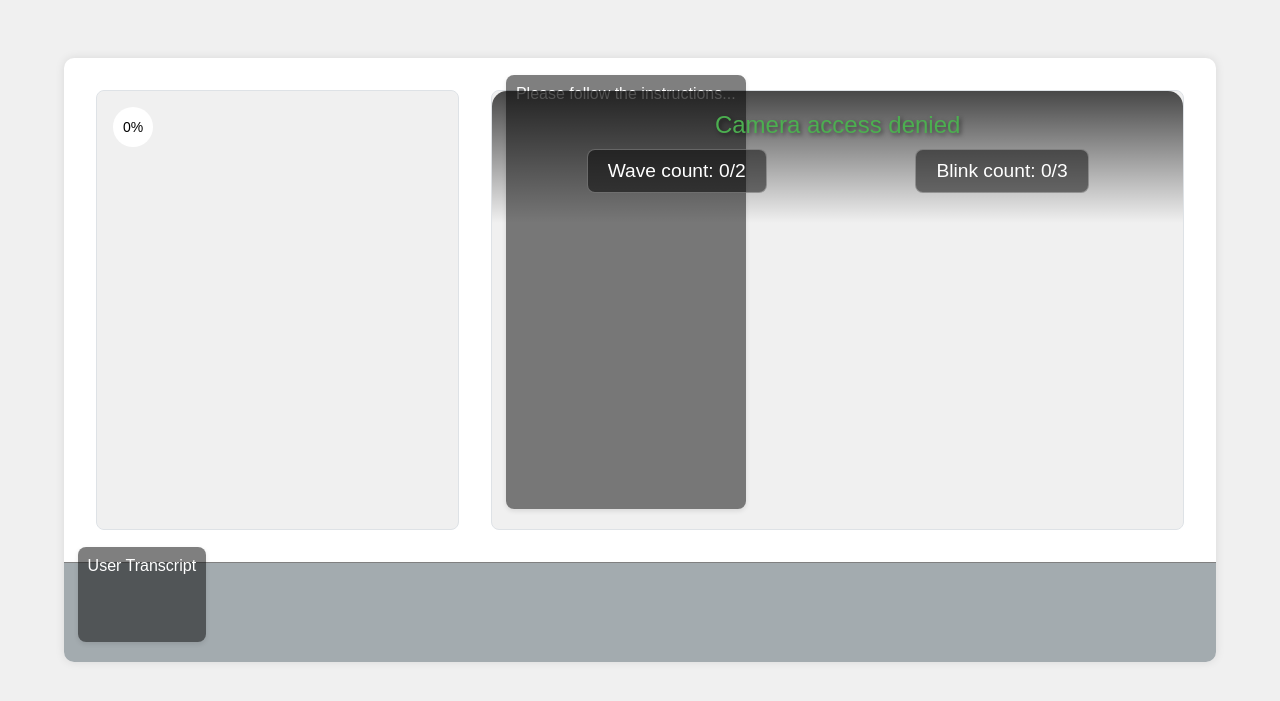
Repository: Ayaanns/E-kyc-BE-project
Page: http://localhost/
An editor plug-in stored every save of this project. The page is shown before and after the next save, followed by the edit.
The browser window is 1280 px wide. The pictures show the whole page.
The page is served by the project's application, run on Django 4.2 (manage.py). A made-up administrator, testuser (Test User, test@example.com), is signed in. Other server files are loaded and not shown.

Above is the page before, as saved 2025-03-02 02:12:19.

### templates/home.html
<!DOCTYPE html>
<html lang="en">
<head>
    {% load static %}
    <meta charset="UTF-8">
    <meta name="viewport" content="width=device-width, initial-scale=1.0">
    <link rel="stylesheet" href="{% static 'styles.css' %}">
    <style>
        .webcam-feed {
            position: relative;
            width: 100%;
            height: auto;
        }

        .webcam-feed video {
            width: 100%;
            height: auto;
            border-radius: 15px;
            object-fit: cover;
        }

        /* Overlay container for status indicators */
        .status-overlay {
            position: absolute;
            top: 0;
            left: 0;
            right: 0;
            z-index: 10;
            padding: 20px;
            background: linear-gradient(to bottom, rgba(0,0,0,0.7) 0%, transparent 100%);
            border-radius: 15px 15px 0 0;
        }

        .status-indicators {
            display: flex;
            justify-content: space-around;
            margin: 10px 0;
            font-size: 1.2em;
        }

        .status-box {
            background: rgba(0,0,0,0.5);
            padding: 10px 20px;
            border-radius: 8px;
            text-align: center;
            color: white;
            border: 1px solid rgba(255,255,255,0.3);
        }

        .verification-message {
            font-size: 1.5em;
            color: #4caf50;
            text-align: center;
            margin: 0 0 10px 0;
            text-shadow: 2px 2px 4px rgba(0,0,0,0.5);
        }

        .questions {
            position: absolute;
            bottom: 20px;
            /* left: 0;
            right: 0; */
            text-align: center;
            color: white;
            background: rgba(0,0,0,0.5);
            padding: 10px;
            margin: 0 20px;
            border-radius: 8px;
        }
    </style>
</head>
<body>
    <div class="container">
        <div class="content">
            <div class="result-feed">
                <div class="completion-circle" id="completion-circle">0%</div>
            </div>
            <div class="webcam-feed">
                <video id="webcam" autoplay></video>
                <div class="status-overlay">
                    <div class="verification-message" id="messageText">Starting verification...</div>
                    <div class="status-indicators">
                        <div class="status-box">
                            Wave count: <span id="waveCount">0</span>/2
                        </div>
                        <div class="status-box">
                            Blink count: <span id="blinkCount">0</span>/3
                        </div>
                    </div>
                </div>
                <canvas id="canvasElement" style="display:none;"></canvas>
                <div class="questions" id="questions">Please follow the instructions...</div>
            </div>
        </div>
        <div class="transcript-section">
            <span class="questions">User Transcript</span>
            <p id="transcript"></p>
        </div>
    </div>

    <script>
        // Existing initialization code
        const video = document.getElementById('webcam');
        const canvas = document.getElementById('canvasElement');
        const ctx = canvas.getContext('2d');
        let verificationComplete = false;

        // Initialize webcam with human verification
        async function initCamera() {
            try {
                const stream = await navigator.mediaDevices.getUserMedia({ video: true });
                video.srcObject = stream;
                startVerificationProcess();
            } catch (err) {
                console.error("Error accessing camera:", err);
                document.getElementById('messageText').textContent = "Camera access denied";
            }
        }

        // Process frames for verification
        function processFrame() {
            if (verificationComplete) return;

            if (video.readyState === video.HAVE_ENOUGH_DATA) {
                canvas.width = video.videoWidth;
                canvas.height = video.videoHeight;
                ctx.drawImage(video, 0, 0);

                const frameData = canvas.toDataURL('image/jpeg');

                // Update the fetch URL to match the Django URL pattern
                fetch('{% url "process_frame" %}', {
                    method: 'POST',
                    headers: {
                        'Content-Type': 'application/json',
                        'X-CSRFToken': getCookie('csrftoken')
                    },
                    body: JSON.stringify({
                        frame: frameData
                    })
                })
                .then(response => response.json())
                .then(data => {
                    updateVerificationUI(data);
                    if (!data.phase_complete) {
                        requestAnimationFrame(processFrame);
                    }
                })
                .catch(err => {
                    console.error("Error:", err);
                    requestAnimationFrame(processFrame);
                });
            } else {
                requestAnimationFrame(processFrame);
            }
        }

        // Update UI with verification status
        function updateVerificationUI(data) {
            document.getElementById('messageText').textContent = data.message;
            document.getElementById('waveCount').textContent = data.wave_count;
            document.getElementById('blinkCount').textContent = data.blink_count;

            // Calculate completion percentage
            const totalSteps = 5; // 2 waves + 3 blinks
            const completedSteps = data.wave_count + data.blink_count;
            const percentage = Math.round((completedSteps / totalSteps) * 100);
            updateProgressCircle(percentage);

            if (data.phase_complete) {
                verificationComplete = true;
                startNLPProcess();
            }
        }

        // Existing helper functions
        function updateProgressCircle(percentage) {
            const circle = document.getElementById('completion-circle');
            circle.textContent = percentage + '%';
            circle.style.background = `conic-gradient(#4caf50 ${percentage * 3.6}deg, #ddd ${percentage * 3.6}deg)`;
        }

        function updateTranscript(data) {
            const transcript = document.getElementById('transcript');
            transcript.textContent = `First Name: ${data.first_name}, Last Name: ${data.last_name}, Age: ${data.age}, Phone: ${data.phone}`;
        }

        function askQuestion(question) {
            const questionsDiv = document.getElementById('questions');
            questionsDiv.textContent = question;
        }

        function startVerificationProcess() {
            document.getElementById('messageText').textContent = "Wave your hand to begin";
            processFrame();
        }

        // Modified startNLPProcess
        function startNLPProcess() {
            document.getElementById('messageText').textContent = "Verification complete! Starting voice recognition...";
            fetch('/nlp_process/')
                .then(response => response.json())
                .then(data => {
                    if (data.status === 'success') {
                        updateTranscript(data);
                        askQuestion("NLP process complete.");
                    } else {
                        askQuestion("NLP process failed.");
                    }
                })
                .catch(error => console.error('Error:', error));
        }

        // Get CSRF token
        function getCookie(name) {
            let cookieValue = null;
            if (document.cookie && document.cookie !== '') {
                const cookies = document.cookie.split(';');
                for (let i = 0; i < cookies.length; i++) {
                    const cookie = cookies[i].trim();
                    if (cookie.substring(0, name.length + 1) === (name + '=')) {
                        cookieValue = decodeURIComponent(cookie.substring(name.length + 1));
                        break;
                    }
                }
            }
            return cookieValue;
        }

        // Start the process
        document.addEventListener('DOMContentLoaded', (event) => {
            initCamera();
        });
    </script>
</body>
</html>

### ekyc/models.py
from django.db import models
from django.contrib.auth.models import AbstractBaseUser, PermissionsMixin, BaseUserManager
from django.utils import timezone
import random

class CustomUserManager(BaseUserManager):
    def create_user(self, email, username, password=None, **extra_fields):
        if not email:
            raise ValueError("The Email field must be set")
        email = self.normalize_email(email)
        user = self.model(email=email, username=username, **extra_fields)
        user.set_password(password)
        user.save(using=self._db)
        return user

    def create_superuser(self, email, username, password=None, **extra_fields):
        #extra_fields.setdefault('is_staff', True)
        extra_fields.setdefault('is_superuser', True)

        # if not extra_fields.get('is_staff'):
        #     raise ValueError("Superuser must have is_staff=True.")
        if not extra_fields.get('is_superuser'):
            raise ValueError("Superuser must have is_superuser=True.")

        return self.create_user(email, username, password, **extra_fields)

class CustomUser(AbstractBaseUser, PermissionsMixin):
    email = models.EmailField(unique=True)
    username = models.CharField(max_length=150, unique=True)
    is_active = models.BooleanField(default=True)
    pin = models.CharField(max_length=6)
    created_at = models.DateTimeField(auto_now_add=True)
    expires_at = models.DateTimeField(default=timezone.now)
    is_verified = models.BooleanField(default=True)

    objects = CustomUserManager()

    USERNAME_FIELD = 'email'
    REQUIRED_FIELDS = ['username']

    def __str__(self):
        return self.email


    def generate_pin(self):
        self.pin = str(random.randint(100000, 999999))
        self.expires_at = timezone.now() + timezone.timedelta(minutes=2)
        self.save()
        return self.pin

    def verify_pin(self, entered_pin):
        if timezone.now() > self.expires_at:
            return False, "PIN has Expired!"

        if self.pin != entered_pin:
            return False, "Incorrect PIN!"

        self.is_verified = True
        self.save()
        return True, "Email Successfully Verified!"


#models for sending the code and receving the code.
# class SendCode(models.Model): #for sending the code
#     email = models.OneToOneField(CustomUser, null=True, on_delete=models.CASCADE)
#     send_code = models.CharField(max_length=20)
#
#     def __str__(self):
#         return self.send_code
#
# class ReceivedCode(models.Model): #for sending the code
#     email = models.OneToOneField(CustomUser, null=True, on_delete=models.CASCADE)
#     receive_code = models.CharField(max_length=20)
#
#     def __str__(self):
#         return self.receive_code

# Create your models here.
class KYCSession(models.Model):
    name = models.CharField(max_length=100)
    birth_date = models.DateField()
    id_card_image = models.ImageField(upload_to='id_cards/')
    liveness_score = models.FloatField()
    result = models.TextField()
    created_at = models.DateTimeField(auto_now_add=True)

    def __str__(self):
        return self.name

### ekyc/views.py
from django.shortcuts import render, redirect
from django.urls import reverse_lazy
from django.contrib.auth.decorators import login_required
from django.contrib.auth import login, authenticate, get_user_model
from django.contrib.messages.views import SuccessMessageMixin
from django.contrib.auth.views import LoginView
from django.contrib import messages
from django.core.mail import send_mail
from django.conf import settings
from django.http import JsonResponse
from django.views.decorators.csrf import csrf_exempt
import numpy as np
import cv2
import json
import base64

import threading

from .forms import CustomUserCreationForm, CustomAuthenticationForm, PinVerificationForm
from ekyc import logger
from .models import CustomUser
from .HumanV import HumanVerificationSystem
from .NLP import UserInfo, get_user_info
from .OCR import capture_image_with_guide, extract_text_with_confidence, extract_aadhar_details

User = get_user_model()

def send_verification_email(user):
    subject = "Email Verification PIN"
    message = f"""
    Hello {user.username},

    Your email verification PIN is: {user.pin}

    This PIN will expire in 24 hours.

    Thank you,
    Your Website Team
    """
    from_email = settings.DEFAULT_FROM_EMAIL
    recipient_list = [user.email]

    send_mail(subject, message, from_email, recipient_list)

@login_required
def ekyc_home(request):
    return render(request, 'home.html')

def signup_view(request):
    logger.info("into the signup page view")
    if request.method == 'POST':
        form = CustomUserCreationForm(request.POST)
        if form.is_valid():
            user = form.save(commit=False)
            user.is_active = True  # User needs to be active to log in
            user.is_verified = False  # But not verified yet
            user.generate_pin()
            user.save()

            # Send verification email
            send_verification_email(user)

            # Log in the user after signup
            raw_password = form.cleaned_data.get('password1')
            user = authenticate(email=user.email, password=raw_password)
            if user is not None:
                login(request, user)
                messages.success(request, f"Verification PIN sent to {user.email}.")
                return redirect('verify_pin')
    else:
        form = CustomUserCreationForm()
    return render(request, 'signup.html', {'form': form})

@login_required
def verify_pin(request):
    user = request.user

    if user.is_verified:
        messages.info(request, "Your email is already verified.")
        return redirect("ekyc_home")

    if request.method == "POST":
        form = PinVerificationForm(request.POST)
        if form.is_valid():
            entered_pin = form.cleaned_data.get('pin')
            success, message = user.verify_pin(entered_pin)

            if success:
                user.is_verified = True
                user.save()
                messages.success(request, message)
                return redirect('ekyc_home')
            else:
                messages.error(request, message)
    else:
        form = PinVerificationForm()

    return render(request, 'signup.html', {'form': form})

class Login(SuccessMessageMixin, LoginView):
    template_name = 'login.html'
    success_url = reverse_lazy('ekyc_home')
    success_message = "Successfully logged in!"
    form_class = CustomAuthenticationForm

    def get_success_url(self):
        return self.success_url

    def form_valid(self, form):
        """Security check complete. Log the user in."""
        user = form.get_user()
        if not user.is_verified:
            messages.error(self.request, "Please verify your email before logging in.")
            login(self.request, user)
            return redirect('verify_pin')
        return super().form_valid(form)

#--MAIN FEATURS HERE ---------------------------------
@login_required
def process_video(request):
    logger.info("INTO THE process_video PAGE RIGHT NOW!")
    if request.method == "POST":
        video_feed = request.FILES.get('video')
        liveness_score = 0.95
        return JsonResponse({'liveness_score': liveness_score})
    return JsonResponse({'error': 'invalide request'})


@login_required
def process_id_card(request):
    logger.info("INTO THE process_id_card PAGE RIGHT NOW!")
    if request.method == "POST":
        id_image = request.FILES.get('id_image')
        result = "Valid ID"
        return JsonResponse({'result': result})
    return JsonResponse({'error': 'invalide request'})

def home(request):
    return render(request, 'home.html')

@login_required
def human_verification(request):
    """Handle both GET (initial page load) and POST (frame processing) requests"""
    if request.method == 'GET':
        return render(request, 'human_verification.html')

    elif request.method == 'POST':
        try:
            data = json.loads(request.body)
            frame_data = data.get('frame')

            if not frame_data:
                return JsonResponse({
                    'status': 'error',
                    'message': 'No frame data provided'
                })

            # Process the frame using verifier
            frame_bytes = base64.b64decode(frame_data.split(',')[1])
            frame_arr = np.frombuffer(frame_bytes, np.uint8)
            frame = cv2.imdecode(frame_arr, cv2.IMREAD_COLOR)

            result = verifier.verify_frame(frame)
            return JsonResponse(result)

        except Exception as e:
            logger.error(f"Error in human verification: {str(e)}")
            return JsonResponse({
                'status': 'error',
                'message': str(e)
            })

    return JsonResponse({
        'status': 'error',
        'message': 'Invalid request method'
    })

def nlp_process(request):
    user_info = UserInfo()
    stop_event = threading.Event()
    info_thread = threading.Thread(target=get_user_info, args=(stop_event, user_info))
    info_thread.start()
    info_thread.join()
    return JsonResponse({
        'status': 'success',
        'first_name': user_info.first_name,
        'last_name': user_info.last_name,
        'age': user_info.age,
        'phone': user_info.phone
    })

def ocr_process(request):
    image_path = capture_image_with_guide()
    if not image_path:
        return JsonResponse({'status': 'failure', 'message': 'Image capture failed.'})

    text_results = extract_text_with_confidence(image_path)
    if not text_results:
        return JsonResponse({'status': 'failure', 'message': 'No text could be extracted from the image.'})

    details = extract_aadhar_details(text_results)
    return JsonResponse(details)

verifier = HumanVerificationSystem()

@csrf_exempt
def process_frame(request):
    if request.method != 'POST':
        return JsonResponse({'error': 'Only POST requests are allowed'})

    try:
        data = json.loads(request.body)
        frame_data = data.get('frame')

        if not frame_data:
            return JsonResponse({'error': 'No frame data provided'})

        # Convert base64 to frame
        frame_bytes = base64.b64decode(frame_data.split(',')[1])
        frame_arr = np.frombuffer(frame_bytes, np.uint8)
        frame = cv2.imdecode(frame_arr, cv2.IMREAD_COLOR)

        # Process frame
        result = verifier.verify_frame(frame)
        return JsonResponse(result)

    except Exception as e:
        return JsonResponse({'error': str(e)})

@csrf_exempt
def capture_photo(request):
    if request.method != 'POST':
        return JsonResponse({'error': 'Only POST requests are allowed'})

    try:
        data = json.loads(request.body)
        frame_data = data.get('frame')

        if not frame_data:
            return JsonResponse({'error': 'No frame data provided'})

        # Convert base64 to frame
        frame_bytes = base64.b64decode(frame_data.split(',')[1])
        frame_arr = np.frombuffer(frame_bytes, np.uint8)
        frame = cv2.imdecode(frame_arr, cv2.IMREAD_COLOR)

        # Save photo
        filename = verifier.save_photo(frame)
        if filename:
            return JsonResponse({'success': True, 'filename': filename})
        else:
            return JsonResponse({'error': 'Failed to save photo'})

    except Exception as e:
        return JsonResponse({'error': str(e)})

### ekyc_project/urls.py
"""
URL configuration for ekyc_project project.

The `urlpatterns` list routes URLs to views. For more information please see:
    https://docs.djangoproject.com/en/4.2/topics/http/urls/
Examples:
Function views
    1. Add an import:  from my_app import views
    2. Add a URL to urlpatterns:  path('', views.home, name='home')
Class-based views
    1. Add an import:  from other_app.views import Home
    2. Add a URL to urlpatterns:  path('', Home.as_view(), name='home')
Including another URLconf
    1. Import the include() function: from django.urls import include, path
    2. Add a URL to urlpatterns:  path('blog/', include('blog.urls'))
"""

from django.contrib import admin
from django.urls import path, include

urlpatterns = [
    path("admin/", admin.site.urls),
    path('', include('ekyc.urls')),  # Include ekyc app URLs
]

### ekyc/urls.py
from django.urls import path
from . import views

urlpatterns = [
    path('', views.ekyc_home, name="ekyc_home"),
    path('process_video/', views.process_video, name="process_video"),
    path('process_id_card/', views.process_id_card, name="process_id_card"),
    path('human_verification/', views.human_verification, name='human_verification'),
    path('nlp_process/', views.nlp_process, name='nlp_process'),
    path('ocr_process/', views.ocr_process, name='ocr_process'),
    path('process_frame/', views.process_frame, name='process_frame'),
    path('capture_photo/', views.capture_photo, name='capture_photo'),

    #login related routes
    path('login/', views.Login.as_view(), name="login"),
    path('signup/', views.signup_view, name="signup"),
    path('verify/', views.verify_pin, name="verify_pin"),
]

### ekyc/static/styles.css
* {
    margin: 0;
    padding: 0;
    box-sizing: border-box;
}

body {
    font-family: Arial, sans-serif;
    background-color: #f0f0f0;
    height: 100vh;
    display: flex;
    justify-content: center;
    align-items: center;
}

.container {
    width: 90%;
    max-width: 1200px;
    background: white;
    border-radius: 10px;
    box-shadow: 0 0 10px rgba(0,0,0,0.1);
    overflow: hidden;
}

.navbar {
    background: #f8f9fa;
    padding: 1rem;
    border-bottom: 1px solid #dee2e6;
}

.content {
    display: flex;
    padding: 2rem;
    gap: 2rem;
    height: 70vh;
}

.webcam-feed {
    flex: 2;
    background: #f0f0f0;
    border-radius: 8px;
    padding: 1rem;
    position: relative;
    border: 1px solid#dee2e6;
}

.result-feed {
    flex: 1;
    background: #f0f0f0;
    border-radius: 8px;
    padding: 1rem;
    border: 1px solid#dee2e6;
}

.questions {
    top: -1em;
    left: -.4em;
    position: absolute;
    background: white;
    padding: 0.5rem 1rem;
    border-radius: 20px;
    box-shadow: 0 2px 5px rgba(0,0,0,0.1);
}

.transcript-section {
    border-top: 1px solid gray;
    position: relative;
    text-align: left;
    background-color:#a3abaf;
    padding: 2em;
    height: 100px;
}

.completion-circle {
    right: 20px;
    bottom: 20px;
    width: 40px;
    height: 40px;
    border-radius: 50%;
    background: white;
    display: flex;
    align-items: center;
    justify-content: center;
    font-size: 14px;
}

/* Placeholder circles for demo */
/*
.circle {
    width: 100px;
    height: 100px;
    border-radius: 50%;
    border: 2px solid #dee2e6;
    margin: 20px auto;
}

.eye-shape {
    width: 200px;
    height: 100px;
    border-radius: 0 0 100px 100px;
    border: 2px solid #dee2e6;
    margin: 20px auto;
    transform: rotate(180deg);
}
*/

After the next save:
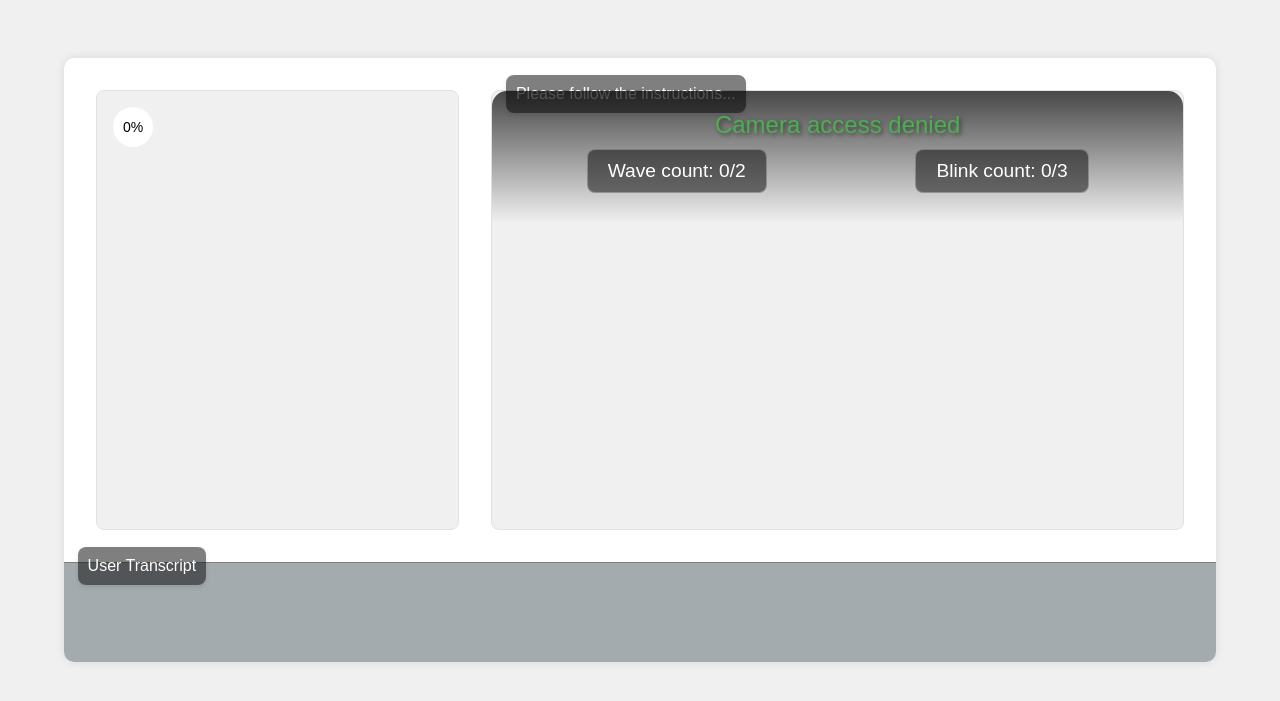
Saved 12 s later.
--- a/templates/home.html
+++ b/templates/home.html
@@ -57,7 +57,7 @@
 
         .questions {
             position: absolute;
-            bottom: 20px;
+            /* bottom: 20px; */
             /* left: 0;
             right: 0; */
             text-align: center;
